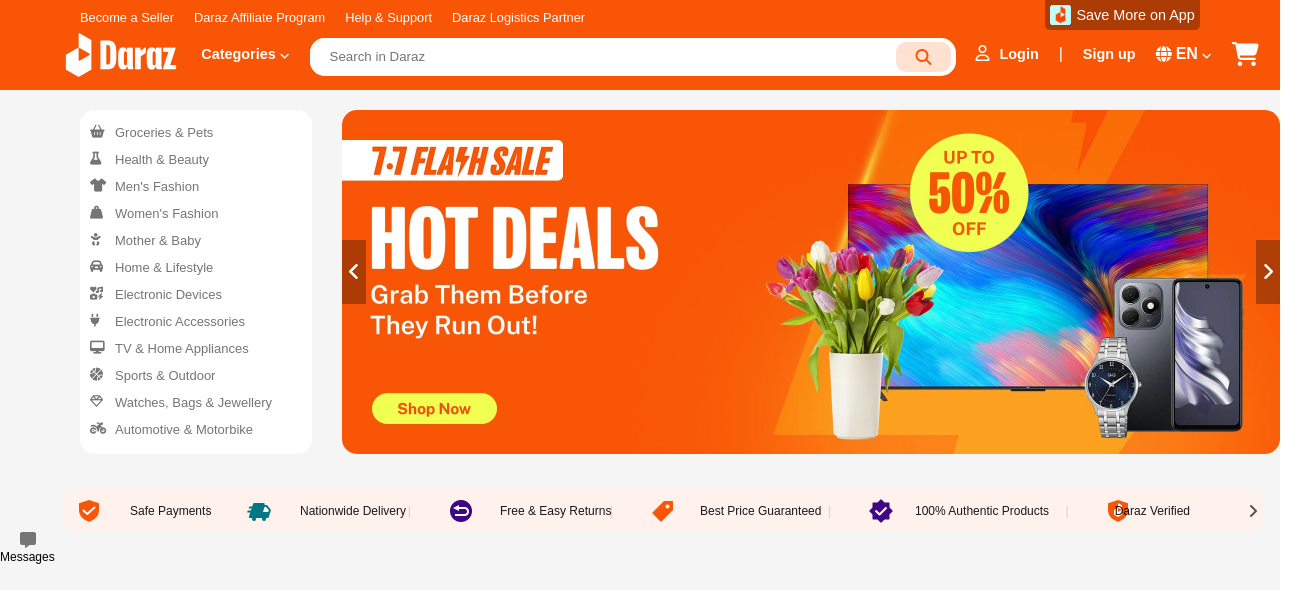
Repository: ubiadurrahman/Draz---Clone
Page: daraz.html
An editor plug-in stored every save of this project. The page is shown before and after a run of saves, followed by the edit.
The browser window is 1280 px wide. The page is 1312 px wide, so the pictures cover 1312 px, including what lies to the right of the window. The pictures show the whole page.

Above is the page before, as saved 2024-07-10 22:28:23.

After the next 2 saves:
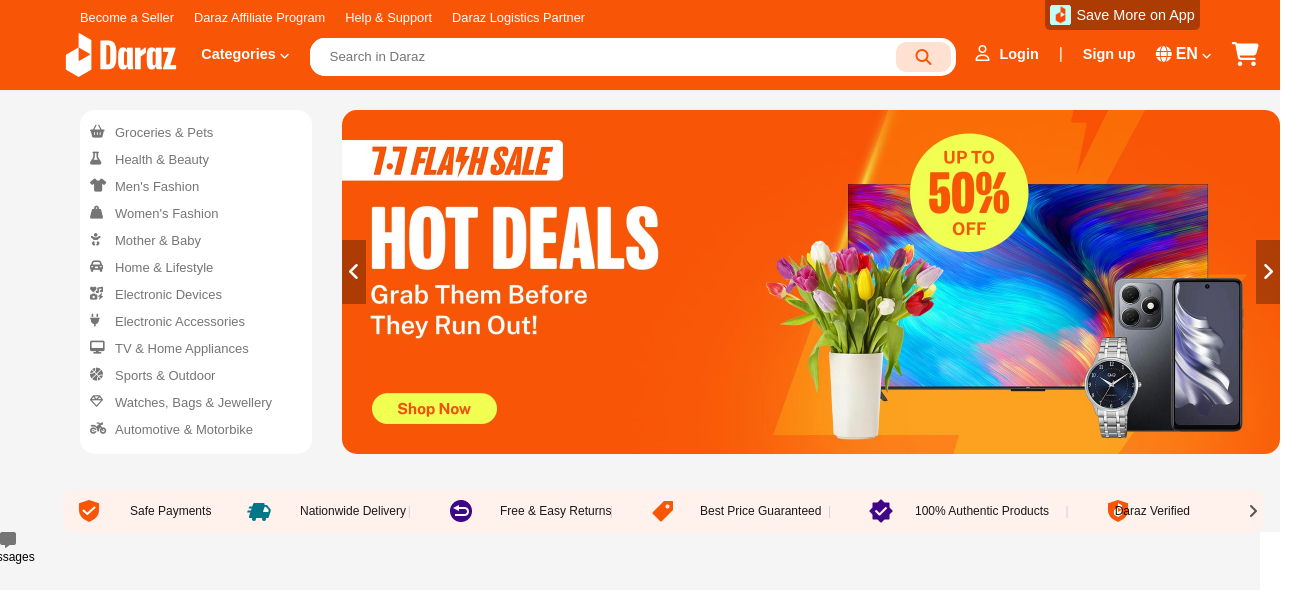
The 2 saves are shown as one change because they came seconds apart.
The last was saved 7 s later.
--- a/daraz.css
+++ b/daraz.css
@@ -428,6 +428,8 @@
    width: 100%;
    height: 58px;
     background-color: #f5f5f5;
+    position: fixed;
+    right: 20px;
 
 }
 

After the save that followed:
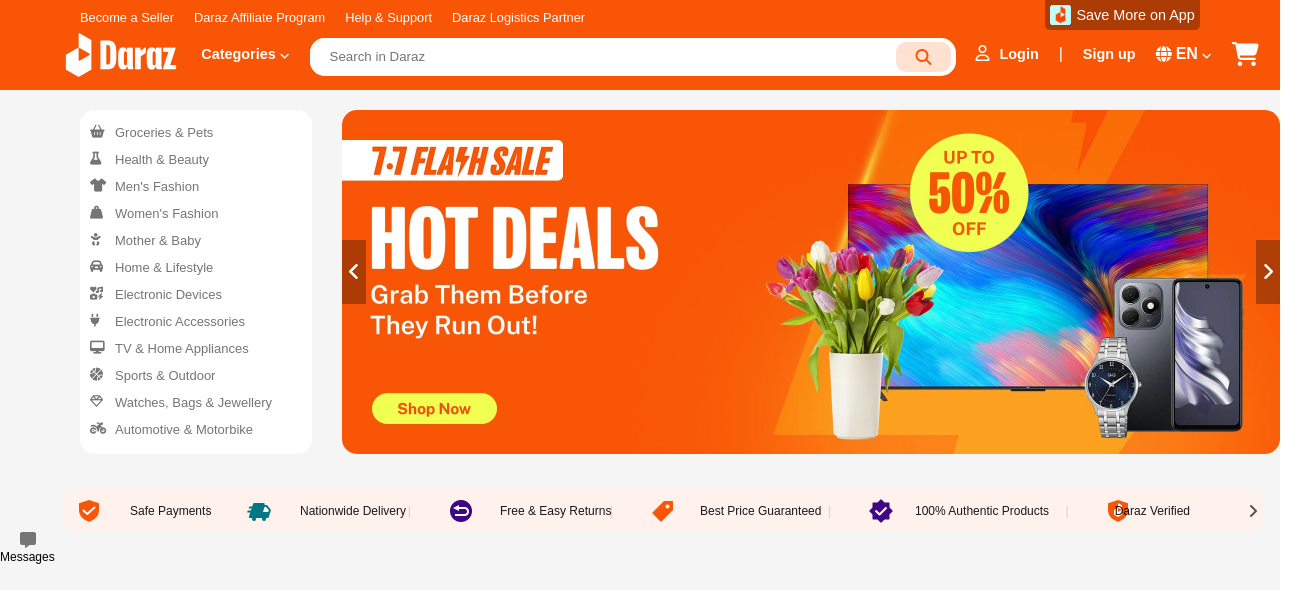
Saved 5 s later.
--- a/daraz.css
+++ b/daraz.css
@@ -429,7 +429,7 @@
    height: 58px;
     background-color: #f5f5f5;
     position: fixed;
-    right: 20px;
+    right: 0px;
 
 }
 
